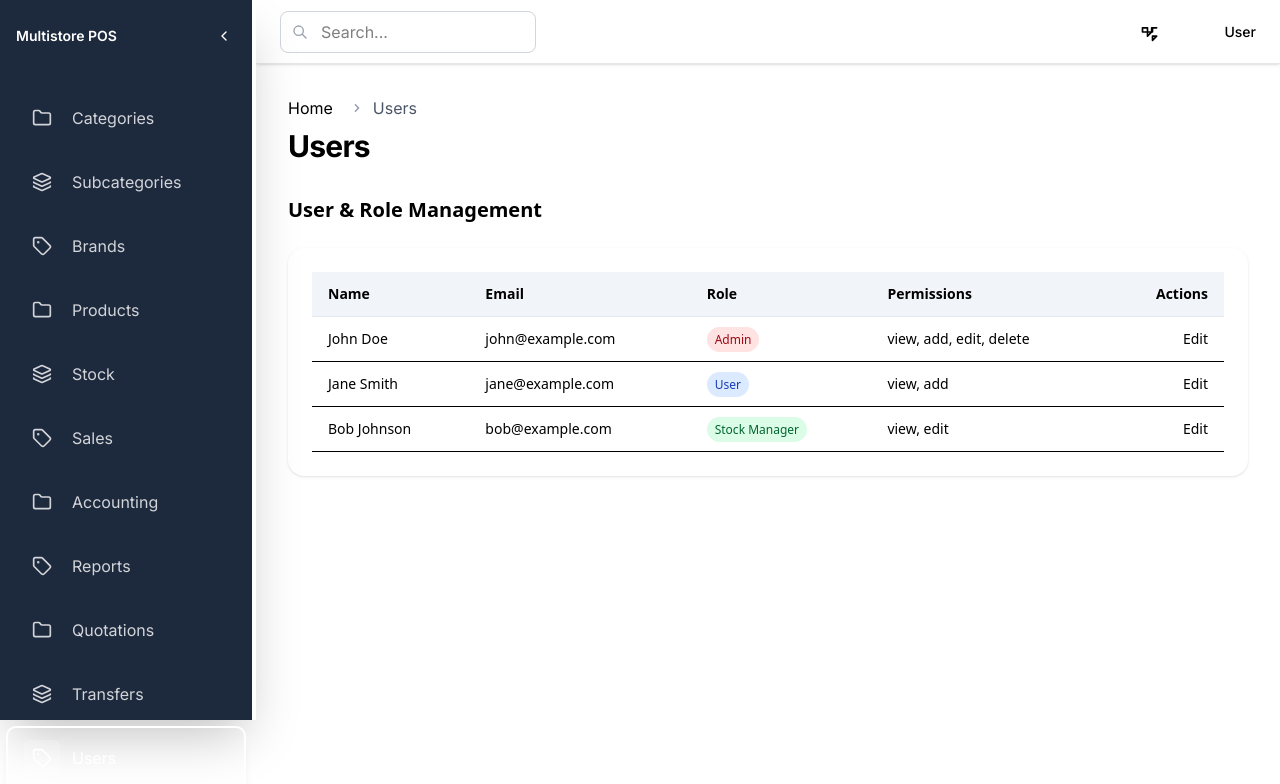
Repository: Ndegwa2/MulistorePOS
Page: /, after clicking the first element matching `nav.mt-4 > :nth-child(11)`
The author's editor kept a copy of each file at every save. The page is drawn from the files as they stood at one save, then again after the next save.
The browser window is 1280 px wide. The pictures show the whole page.
The project was rebuilt for these pictures with package versions that can differ from the ones it lists, and the page was loaded fresh each time. Also part of the build but not shown: vite.config.js, Frontend/EditModal.jsx, Frontend/DeleteConfirm.jsx, Frontend/subcategory.jsx, Frontend/brand.jsx, Frontend/productPanel.jsx, Frontend/stockPanel.jsx, Frontend/salesPanel.jsx and 4 more.

Above is the page before, as saved 2025-10-03 20:59:33.

### index.html
<!DOCTYPE html>
<html lang="en">
  <head>
    <meta charset="UTF-8" />
    <link rel="icon" type="image/svg+xml" href="/vite.svg" />
    <meta name="viewport" content="width=device-width, initial-scale=1.0" />
    <title>Multistore POS</title>
  </head>
  <body class="bg-secondary text-text">
    <div id="root"></div>
    <script type="module" src="/Frontend/main.jsx"></script>
  </body>
</html>

### Frontend/main.jsx
import React from 'react'
import ReactDOM from 'react-dom/client'
import './index.css'
import Dashboard from './dashboaord'

ReactDOM.createRoot(document.getElementById('root')).render(
  <React.StrictMode>
    <Dashboard />
  </React.StrictMode>,
)

### Frontend/index.css
@import url('https://fonts.googleapis.com/css2?family=Inter:wght@300;400;500;600;700&display=swap');
@import "tailwindcss";

body {
  font-family: 'Inter', sans-serif;
}

### Frontend/dashboaord.jsx
import React, { useState } from "react";
import { Folder, Layers, Tag, Settings, LogOut, ChevronLeft, ChevronRight, Menu } from "lucide-react";

// Assume these exist in your project
import CategoryPanel from "./categoryPanel";
import SubCategoryPanel from "./subcategory";
import BrandPanel from "./brand";
import ProductPanel from "./productPanel";
import StockPanel from "./stockPanel";
import SalesPanel from "./salesPanel";
import AccountingPanel from "./accountingPanel";
import ReportsPanel from "./reportsPanel";
import QuotationsPanel from "./quotationsPanel";
import TransfersPanel from "./transfersPanel";
import UsersPanel from "./usersPanel";

const NAV = [
  { key: "categories", label: "Categories", icon: Folder },
  { key: "subcategories", label: "Subcategories", icon: Layers },
  { key: "brands", label: "Brands", icon: Tag },
  { key: "products", label: "Products", icon: Folder },
  { key: "stock", label: "Stock", icon: Layers },
  { key: "sales", label: "Sales", icon: Tag },
  { key: "accounting", label: "Accounting", icon: Folder },
  { key: "reports", label: "Reports", icon: Tag },
  { key: "quotations", label: "Quotations", icon: Folder },
  { key: "transfers", label: "Transfers", icon: Layers },
  { key: "users", label: "Users", icon: Tag },
];

export default function Dashboard() {
  const [active, setActive] = useState("categories");
  const [sidebarCollapsed, setSidebarCollapsed] = useState(false);
  const [mobileSidebarOpen, setMobileSidebarOpen] = useState(false);

  // small helper for rendering the active panel
  function renderPanel() {
    if (active === "categories") return <CategoryPanel />;
    if (active === "subcategories") return <SubCategoryPanel />;
    if (active === "brands") return <BrandPanel />;
    if (active === "products") return <ProductPanel />;
    if (active === "stock") return <StockPanel />;
    if (active === "sales") return <SalesPanel />;
    if (active === "accounting") return <AccountingPanel />;
    if (active === "reports") return <ReportsPanel />;
    if (active === "quotations") return <QuotationsPanel />;
    if (active === "transfers") return <TransfersPanel />;
    if (active === "users") return <UsersPanel />;
    return <CategoryPanel />;
  }

  return (
    <div className="min-h-screen bg-background text-text flex">
      {/* Sidebar */}
      <aside
        className={`fixed left-0 top-0 h-screen bg-slate-800 text-white border-r-4 border-primary
                   flex flex-col justify-between transition-all duration-300 z-50 shadow-2xl
                   ${sidebarCollapsed ? 'w-16' : 'w-64'}
                   ${mobileSidebarOpen ? 'translate-x-0' : '-translate-x-full'}
                   md:translate-x-0`}
        aria-label="Sidebar"
      >
        <div>
          {/* Logo / Title and Collapse Toggle */}
          <div className="px-4 py-6 flex items-center justify-between">
            {!sidebarCollapsed && <div className="text-sm font-semibold">Multistore POS</div>}
            <button
              onClick={() => setSidebarCollapsed(!sidebarCollapsed)}
              className="p-1 rounded-md hover:bg-sidebar/20 transition-colors"
            >
              {sidebarCollapsed ? <ChevronRight className="w-4 h-4" /> : <ChevronLeft className="w-4 h-4" />}
            </button>
          </div>

          {/* Nav */}
          <nav className="mt-4 px-2" aria-label="Main navigation">
            {NAV.map((n) => {
              const Icon = n.icon;
              const isActive = active === n.key;
              return (
                <button
                  key={n.key}
                  onClick={() => setActive(n.key)}
                  className={`group w-full flex items-center gap-3 px-4 py-3 my-1 rounded-lg text-left
                              transition-all duration-200 hover:scale-105
                              ${isActive ? "bg-primary text-white shadow-lg shadow-primary/25 ring-2 ring-primary/50" : "hover:bg-white/10 text-white/80"}`}
                  aria-current={isActive ? "page" : undefined}
                >
                  <div className={`p-2 rounded-md ${isActive ? "bg-white/20" : "bg-transparent"}`}>
                    <Icon className="w-5 h-5 transition-colors" />
                  </div>
                  {!sidebarCollapsed && <span className="flex-1">{n.label}</span>}
                  {/* subtle chevron or count placeholder (optional) */}
                </button>
              );
            })}
          </nav>
        </div>

        {/* bottom area */}
        <div className="px-4 pb-6">
          <div className="border-t border-sidebar/20 pt-4 flex flex-col gap-2">
            <button className="flex items-center gap-3 px-3 py-2 rounded-lg hover:bg-white/10 text-white/80 hover:text-white transition-all hover:scale-105">
              <Settings className="w-4 h-4" />
              {!sidebarCollapsed && <span className="text-sm">Settings</span>}
            </button>
            <button className="flex items-center gap-3 px-3 py-2 rounded-lg hover:bg-white/10 text-white/80 hover:text-white transition-all hover:scale-105">
              <LogOut className="w-4 h-4" />
              {!sidebarCollapsed && <span className="text-sm">Logout</span>}
            </button>
          </div>
        </div>
      </aside>

      {/* Mobile Overlay */}
      {mobileSidebarOpen && (
        <div
          className="fixed inset-0 bg-black bg-opacity-50 z-40 md:hidden"
          onClick={() => setMobileSidebarOpen(false)}
        />
      )}

      {/* Top Bar */}
      <header className={`fixed top-0 left-0 right-0 h-16 bg-white shadow-sm border-b border-gray-200 flex items-center justify-between px-4 md:px-6 transition-all duration-300 ${
        sidebarCollapsed ? 'md:left-16' : 'md:left-64'
      }`}>
        <div className="flex items-center gap-4">
          {/* Mobile menu button */}
          <button
            className="md:hidden p-2 rounded-md hover:bg-gray-100"
            onClick={() => setMobileSidebarOpen(!mobileSidebarOpen)}
          >
            <Menu className="w-5 h-5" />
          </button>
          {/* Search bar */}
          <div className="relative">
            <input
              type="text"
              placeholder="Search..."
              className="w-64 px-4 py-2 pl-10 rounded-lg border border-gray-300 focus:outline-none focus:ring-2 focus:ring-primary focus:border-transparent"
            />
            <div className="absolute inset-y-0 left-0 pl-3 flex items-center pointer-events-none">
              <svg className="w-4 h-4 text-gray-400" fill="none" stroke="currentColor" viewBox="0 0 24 24">
                <path strokeLinecap="round" strokeLinejoin="round" strokeWidth={2} d="M21 21l-6-6m2-5a7 7 0 11-14 0 7 7 0 0114 0z" />
              </svg>
            </div>
          </div>
        </div>
        <div className="flex items-center gap-4">
          {/* Notifications */}
          <button className="p-2 rounded-md hover:bg-gray-100 relative">
            <svg className="w-5 h-5" fill="none" stroke="currentColor" viewBox="0 0 24 24">
              <path strokeLinecap="round" strokeLinejoin="round" strokeWidth={2} d="M15 17h5l-5 5v-5zM15 7v5H9v-5H3v5h6v5l5-5V7h6z" />
            </svg>
            <span className="absolute -top-1 -right-1 bg-error text-white text-xs rounded-full w-5 h-5 flex items-center justify-center">3</span>
          </button>
          {/* User Profile */}
          <div className="flex items-center gap-2">
            <div className="w-8 h-8 bg-primary rounded-full flex items-center justify-center text-white font-semibold">
              U
            </div>
            <span className="text-sm font-medium">User</span>
          </div>
        </div>
      </header>

      {/* Main content */}
      <main className={`flex-1 bg-background min-h-screen text-text p-4 md:p-8 transition-all duration-300 mt-16 ${
        sidebarCollapsed ? 'md:ml-16' : 'md:ml-64'
      }`}>
        {/* Breadcrumbs and Page Title */}
        <div className="mb-6">
          <nav className="flex mb-2" aria-label="Breadcrumb">
            <ol className="flex items-center space-x-2">
              <li>
                <a href="#" className="text-primary hover:text-primary/80">Home</a>
              </li>
              <li className="flex items-center">
                <svg className="w-4 h-4 text-gray-400 mx-2" fill="currentColor" viewBox="0 0 20 20">
                  <path fillRule="evenodd" d="M7.293 14.707a1 1 0 010-1.414L10.586 10 7.293 6.707a1 1 0 011.414-1.414l4 4a1 1 0 010 1.414l-4 4a1 1 0 01-1.414 0z" clipRule="evenodd" />
                </svg>
                <span className="text-gray-600">{NAV.find((n) => n.key === active)?.label}</span>
              </li>
            </ol>
          </nav>
          <h1 className="text-3xl font-bold tracking-tight text-text">
            {NAV.find((n) => n.key === active)?.label}
          </h1>
        </div>

        {/* Content area with simple fade/slide animation */}
        <section
          key={active} /* remounts on active change to trigger transition */
          className="transition duration-300 ease-out transform opacity-0 translate-y-2 animate-fade-in"
          style={{ animationFillMode: "forwards", animationDuration: "220ms" }}
        >
          <div className="bg-transparent">
            {renderPanel()}
          </div>
        </section>
      </main>

      {/* small global styles for the fade-in animation (Tailwind can't define keyframes inline) */}
      <style>{`
        @keyframes fadeIn {
          from { opacity: 0; transform: translateY(6px); }
          to { opacity: 1; transform: translateY(0); }
        }
        .animate-fade-in {
          animation-name: fadeIn;
        }
      `}</style>
    </div>
  );
}

### Frontend/usersPanel.jsx
import React, { useState } from "react";

export default function UsersPanel() {
  const [roles, setRoles] = useState(["Admin", "User", "Stock Manager"]);

  const [users, setUsers] = useState([
    { id: 1, name: "John Doe", email: "john@example.com", role: "Admin", permissions: ["view", "add", "edit", "delete"] },
    { id: 2, name: "Jane Smith", email: "jane@example.com", role: "User", permissions: ["view", "add"] },
    { id: 3, name: "Bob Johnson", email: "bob@example.com", role: "Stock Manager", permissions: ["view", "edit"] },
  ]);

  const [showEditModal, setShowEditModal] = useState(false);
  const [editingUser, setEditingUser] = useState(null);
  const [editData, setEditData] = useState({ role: "", permissions: [] });

  const [showCreateRoleModal, setShowCreateRoleModal] = useState(false);
  const [newRole, setNewRole] = useState({ name: "", permissions: [] });

  const handleEdit = (user) => {
    setEditingUser(user);
    setEditData({ role: user.role, permissions: [...user.permissions] });
    setShowEditModal(true);
  };

  const handleSaveEdit = () => {
    setUsers(users.map(u => u.id === editingUser.id ? { ...u, role: editData.role, permissions: editData.permissions } : u));
    setShowEditModal(false);
  };

  const togglePermission = (perm) => {
    setEditData({
      ...editData,
      permissions: editData.permissions.includes(perm)
        ? editData.permissions.filter(p => p !== perm)
        : [...editData.permissions, perm]
    });
  };

  const toggleNewRolePermission = (perm) => {
    setNewRole({
      ...newRole,
      permissions: newRole.permissions.includes(perm)
        ? newRole.permissions.filter(p => p !== perm)
        : [...newRole.permissions, perm]
    });
  };

  const handleCreateRole = () => {
    if (!newRole.name.trim()) return;
    if (roles.includes(newRole.name)) {
      alert("Role name already exists!");
      return;
    }
    setRoles([...roles, newRole.name]);
    setNewRole({ name: "", permissions: [] });
    setShowCreateRoleModal(false);
  };

  return (
    <div className="text-text font-sans">
      <h2 className="text-xl font-semibold mb-6">User & Role Management</h2>

      {/* Users Table */}
      <div className="bg-white rounded-2xl shadow p-6 overflow-x-auto">
        <table className="w-full text-left border-collapse text-sm">
          <thead className="bg-slate-100 border-b border-slate-200">
            <tr>
              <th className="py-3 px-4">Name</th>
              <th className="py-3 px-4">Email</th>
              <th className="py-3 px-4">Role</th>
              <th className="py-3 px-4">Permissions</th>
              <th className="py-3 px-4 text-right">Actions</th>
            </tr>
          </thead>
          <tbody>
            {users.map((user) => (
              <tr key={user.id} className="border-b hover:bg-slate-50">
                <td className="py-3 px-4">{user.name}</td>
                <td className="py-3 px-4">{user.email}</td>
                <td className="py-3 px-4">
                  <span className={`px-2 py-1 rounded-full text-xs ${
                    user.role === "Admin" ? "bg-red-100 text-red-800" :
                    user.role === "User" ? "bg-blue-100 text-blue-800" :
                    "bg-green-100 text-green-800"
                  }`}>
                    {user.role}
                  </span>
                </td>
                <td className="py-3 px-4">{user.permissions.join(", ")}</td>
                <td className="py-3 px-4 text-right">
                  <button
                    onClick={() => handleEdit(user)}
                    className="text-primary hover:underline"
                  >
                    Edit
                  </button>
                </td>
              </tr>
            ))}
          </tbody>
        </table>
      </div>

      {/* Edit Modal */}
      {showEditModal && (
        <div className="fixed inset-0 bg-black/50 flex items-center justify-center z-50">
          <div className="bg-white p-6 rounded-xl w-full max-w-md shadow-2xl border border-slate-200">
            <h2 className="text-lg font-semibold mb-4">Edit User Role & Permissions</h2>
            <p className="text-sm text-slate-600 mb-4">User: {editingUser?.name}</p>

            <div className="space-y-4">
              <div>
                <label className="text-sm text-slate-600">Role</label>
                <select
                  value={editData.role}
                  onChange={(e) => setEditData({ ...editData, role: e.target.value })}
                  className="w-full mt-1 bg-white border border-slate-200 rounded-lg px-3 py-2 outline-none focus:ring-2 focus:ring-primary"
                >
                  {roles.map(role => <option key={role} value={role}>{role}</option>)}
                </select>
              </div>
              <div>
                <label className="text-sm text-slate-600">Permissions</label>
                <div className="mt-2 space-y-2">
                  {["view", "add", "edit", "delete"].map(perm => (
                    <label key={perm} className="flex items-center">
                      <input
                        type="checkbox"
                        checked={editData.permissions.includes(perm)}
                        onChange={() => togglePermission(perm)}
                        className="mr-2"
                      />
                      {perm.charAt(0).toUpperCase() + perm.slice(1)}
                    </label>
                  ))}
                </div>
              </div>
            </div>

            <div className="flex justify-end gap-3 mt-6">
              <button
                onClick={() => setShowEditModal(false)}
                className="px-4 py-2 bg-slate-100 hover:bg-slate-200 rounded-lg"
              >
                Cancel
              </button>
              <button
                onClick={handleSaveEdit}
                className="px-4 py-2 bg-primary text-white hover:bg-slate-700 rounded-lg"
              >
                Save
              </button>
            </div>
          </div>
        </div>
      )}
    </div>
  );
}

Loaded but not shown: Frontend/categoryPanel.jsx (273 lines, source omitted)

After the next save:
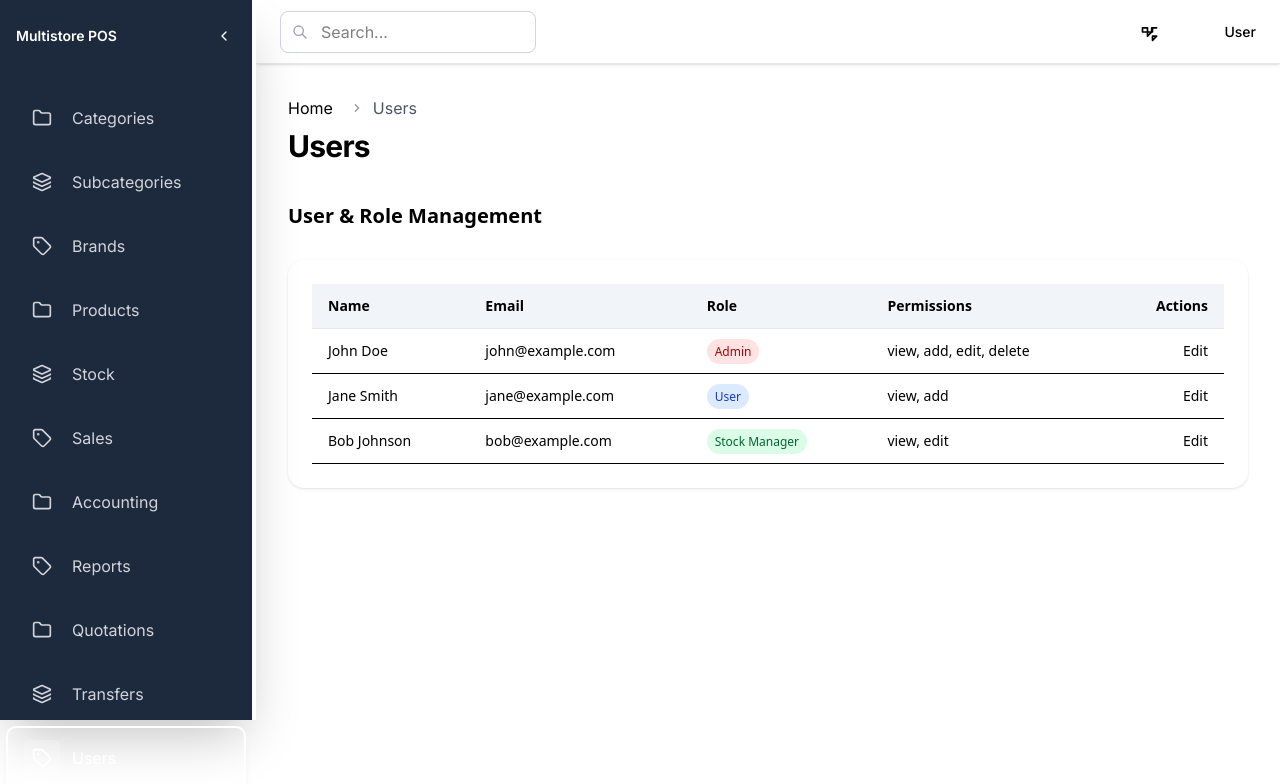
Saved 11 s later.
--- a/Frontend/usersPanel.jsx
+++ b/Frontend/usersPanel.jsx
@@ -58,7 +58,16 @@ export default function UsersPanel() {
 
   return (
     <div className="text-text font-sans">
-      <h2 className="text-xl font-semibold mb-6">User & Role Management</h2>
+      {/* Header */}
+      <div className="flex flex-col sm:flex-row justify-between sm:items-center mb-6 gap-3">
+        <h2 className="text-xl font-semibold">User & Role Management</h2>
+        <button
+          onClick={() => setShowCreateRoleModal(true)}
+          className="bg-primary text-white px-4 py-2 rounded-lg hover:bg-slate-700"
+        >
+          + Create Role
+        </button>
+      </div>
 
       {/* Users Table */}
       <div className="bg-white rounded-2xl shadow p-6 overflow-x-auto">
